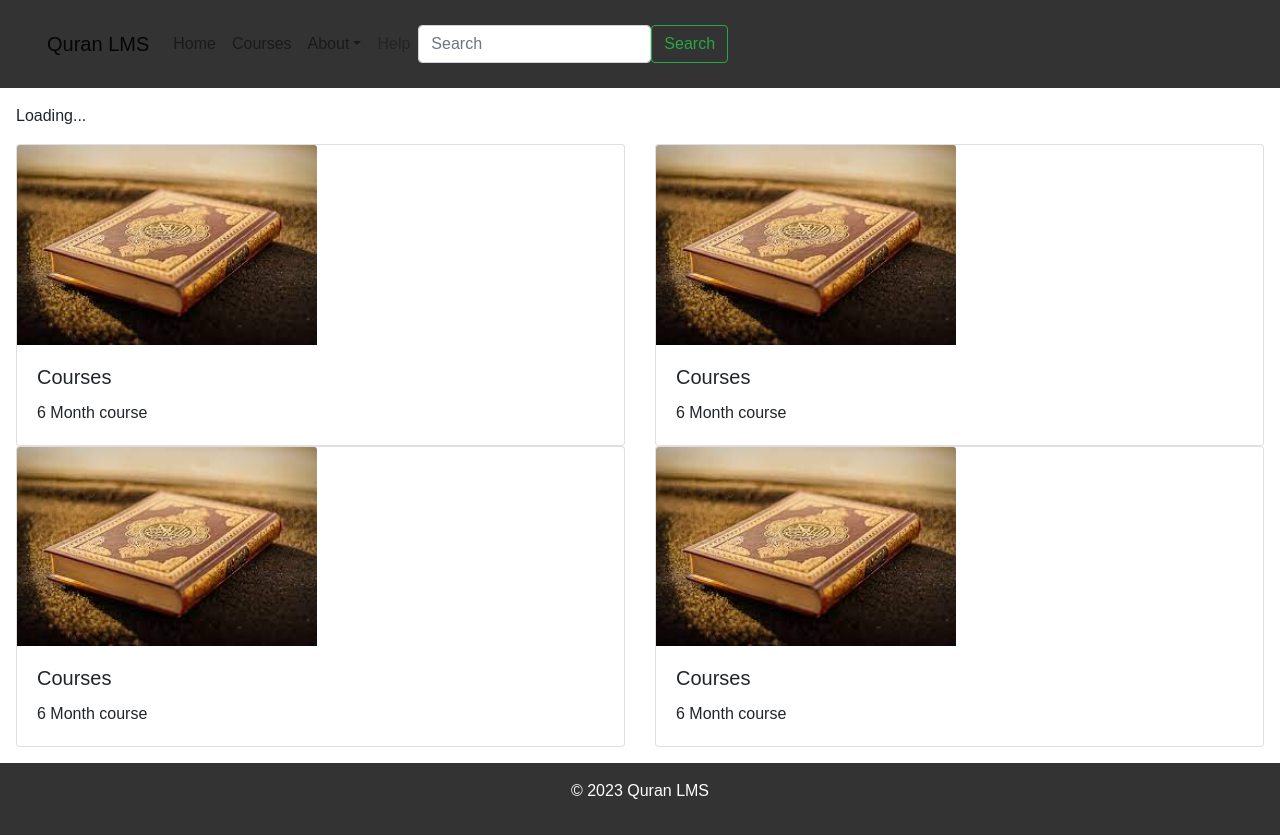
Repository: talha-mahmood/Quran-Lms-react
Page: /
These files come from the project's save history. The page is drawn as it stood at one moment and after a run of saves; the edit follows.
The browser window is 1280 px wide. The pictures show the whole page.
The page's requests for data from a server got no answer. The project was rebuilt for these pictures with package versions that can differ from the ones it lists, and the page was loaded fresh each time. No one was signed in, and anything a server would have sent is missing.

Above is the page before, as saved 2023-03-09 11:52:33.

### public/index.html
<!DOCTYPE html>
<html lang="en">
  <head>
    <meta charset="utf-8" />
    <link rel="icon" href="%PUBLIC_URL%/favicon.ico" />
    <meta name="viewport" content="width=device-width, initial-scale=1" />
    <meta name="theme-color" content="#000000" />
    <meta
      name="description"
      content="Web site created using create-react-app"
    />

    <link rel="apple-touch-icon" href="%PUBLIC_URL%/logo192.png" />
    <link rel="stylesheet" href="https://cdn.jsdelivr.net/npm/bootstrap@4.4.1/dist/css/bootstrap.min.css" integrity="sha384-Vkoo8x4CGsO3+Hhxv8T/Q5PaXtkKtu6ug5TOeNV6gBiFeWPGFN9MuhOf23Q9Ifjh" crossorigin="anonymous">
    <script src="https://code.jquery.com/jquery-3.4.1.slim.min.js" integrity="sha384-J6qa4849blE2+poT4WnyKhv5vZF5SrPo0iEjwBvKU7imGFAV0wwj1yYfoRSJoZ+n" crossorigin="anonymous"></script>
   <script src="https://cdn.jsdelivr.net/npm/popper.js@1.16.0/dist/umd/popper.min.js" integrity="sha384-Q6E9RHvbIyZFJoft+2mJbHaEWldlvI9IOYy5n3zV9zzTtmI3UksdQRVvoxMfooAo" crossorigin="anonymous"></script>
   <script src="https://cdn.jsdelivr.net/npm/bootstrap@4.4.1/dist/js/bootstrap.min.js" integrity="sha384-wfSDF2E50Y2D1uUdj0O3uMBJnjuUD4Ih7YwaYd1iqfktj0Uod8GCExl3Og8ifwB6" crossorigin="anonymous"></script>
    <!--
      manifest.json provides metadata used when your web app is installed on a
      user's mobile device or desktop. See https://developers.google.com/web/fundamentals/web-app-manifest/
    -->
    <link rel="manifest" href="%PUBLIC_URL%/manifest.json" />
    <!--
      Notice the use of %PUBLIC_URL% in the tags above.
      It will be replaced with the URL of the `public` folder during the build.
      Only files inside the `public` folder can be referenced from the HTML.

      Unlike "/favicon.ico" or "favicon.ico", "%PUBLIC_URL%/favicon.ico" will
      work correctly both with client-side routing and a non-root public URL.
      Learn how to configure a non-root public URL by running `npm run build`.
    -->
    <title>React App</title>
  </head>
  <body>
    <noscript>You need to enable JavaScript to run this app.</noscript>
    <div id="root"></div>

    <!--
      This HTML file is a template.
      If you open it directly in the browser, you will see an empty page.

      You can add webfonts, meta tags, or analytics to this file.
      The build step will place the bundled scripts into the <body> tag.

      To begin the development, run `npm start` or `yarn start`.
      To create a production bundle, use `npm run build` or `yarn build`.
    -->
  </body>
</html>

### src/App.js
import './App.css';
import React,{Component} from 'react';
import Button from 'react-bootstrap/Button';
import Container from 'react-bootstrap/Container';
import Form from 'react-bootstrap/Form';
import Nav from 'react-bootstrap/Nav';
import Navbar from 'react-bootstrap/Navbar';
import NavDropdown from 'react-bootstrap/NavDropdown';
import Card from 'react-bootstrap/Card';
import Col from 'react-bootstrap/Col';
import Row from 'react-bootstrap/Row';
import myimg from './download.jpeg'
class QuranLMS extends Component {
  state = {
    verses: [],
    isLoading: true
  };

  async componentDidMount() {
    const response = await fetch("https://api.quran.com/api/v4/quran/verses/uthmani?chapter_number=1");
    const data = await response.json();
    this.setState({
      verses: data.verses,
      isLoading: false
    });
  }

  render() {
    const { verses, isLoading } = this.state;
    return (
      <div>


          <div>
          <header>
          <Navbar bg="" expand="lg" >
      <Container fluid>
        <Navbar.Brand href="#" >Quran LMS</Navbar.Brand>
        <Navbar.Toggle aria-controls="navbarScroll" />
        <Navbar.Collapse id="navbarScroll">
          <Nav
            className="me-auto my-2 my-lg-0"
            style={{ maxHeight: '100px' }}
            navbarScroll
          >
            <Nav.Link href="#action1">Home</Nav.Link>
            <Nav.Link href="#action2">Courses</Nav.Link>
            <NavDropdown title="About" id="navbarScrollingDropdown">
              <NavDropdown.Item href="#action3">Register</NavDropdown.Item>
              <NavDropdown.Item href="#action4">
                Another action
              </NavDropdown.Item>
              <NavDropdown.Divider />
              <NavDropdown.Item href="#action5">
                Something else here
              </NavDropdown.Item>
            </NavDropdown>
            <Nav.Link href="#" disabled>
              Help
            </Nav.Link>
          </Nav>
          <Form className="d-flex">
            <Form.Control
              type="search"
              placeholder="Search"
              className="me-2"
              aria-label="Search"
            />
            <Button variant="outline-success">Search</Button>
          </Form>
        </Navbar.Collapse>
      </Container>
    </Navbar>
    </header>
          </div>



        <main>
          {isLoading ? (
            <p>Loading...</p>
          ) : (
            verses.map((verse) => (
              <p key={verse.id}>{verse.text_uthmani}</p>
            ))
          )}
          <div>
          <Row xs={1} md={2} className="g-4">
      {Array.from({ length: 4 }).map((_, idx) => (
        <Col>
          <Card>
            <Card.Img variant="top" src={myimg} />

            <Card.Body>
              <Card.Title>Courses</Card.Title>
              <Card.Text>
                6 Month course
              </Card.Text>
            </Card.Body>
          </Card>
        </Col>
      ))}
    </Row>
          </div>

        </main>
        <footer>
          <p>&copy; 2023 Quran LMS</p>
        </footer>
      </div>
    );
  }
}

export default QuranLMS;

### src/App.css
body {
  font-family: Arial, sans-serif;
  margin: 0;

}

header {
  background-color: #333;
  color: #fff;
  padding: 1em;
}

header h1 {
  margin: 0;
}

main {
  padding: 1em;
}

footer {
  background-color: #333;
  color: #fff;
  padding: 1em;
  text-align: center;
}
img{
  max-height:200px;
  max-width:300px;
}

Loaded but not shown: src/index.js (common file); src/index.css (common file); src/reportWebVitals.js (common file)

After the next 3 saves:
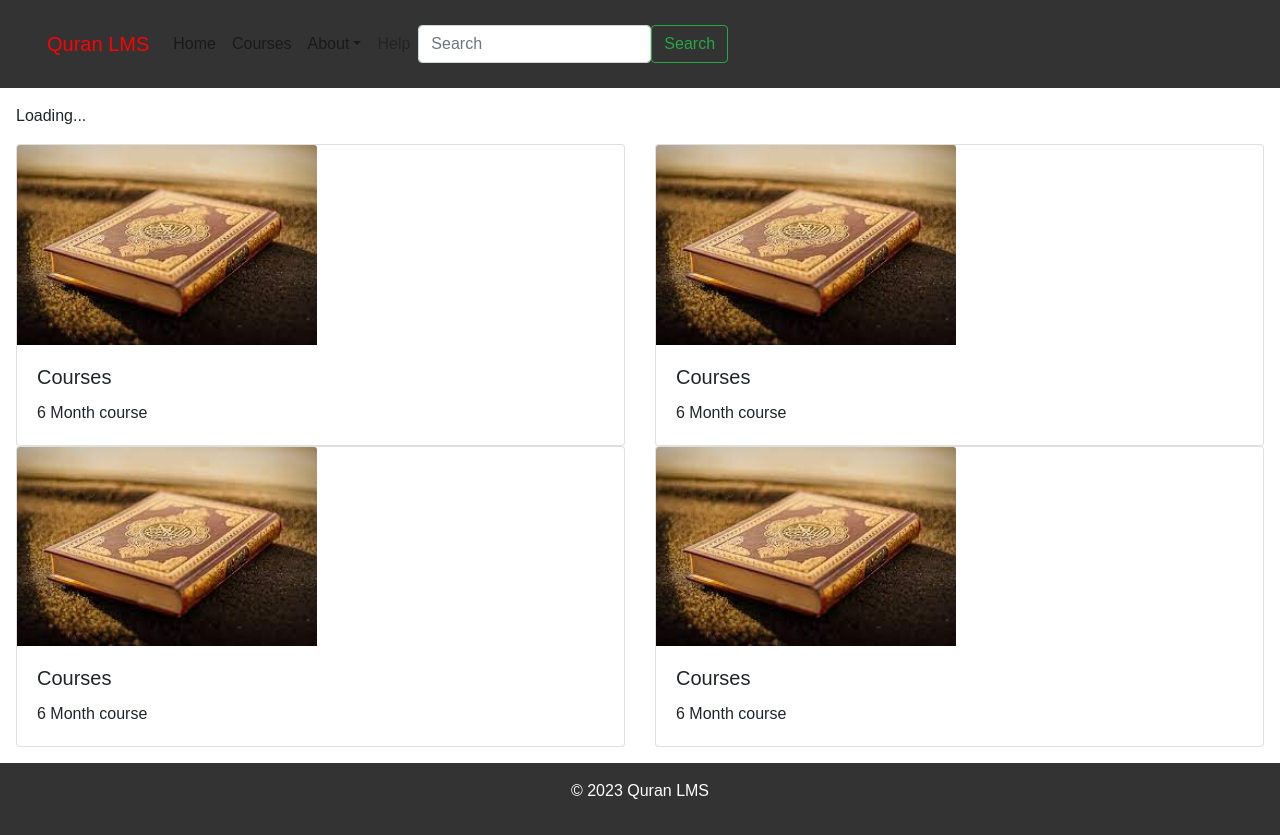
The 3 saves are shown as one change because 1 did not build or start and some came seconds apart.
The last was saved 2 min 5 s later.
--- a/src/App.js
+++ b/src/App.js
@@ -35,7 +35,7 @@ class QuranLMS extends Component {
           <header>
           <Navbar bg="" expand="lg" >
       <Container fluid>
-        <Navbar.Brand href="#" >Quran LMS</Navbar.Brand>
+        <Navbar.Brand href="#" style={{ color: 'red' }}>Quran LMS</Navbar.Brand>
         <Navbar.Toggle aria-controls="navbarScroll" />
         <Navbar.Collapse id="navbarScroll">
           <Nav
